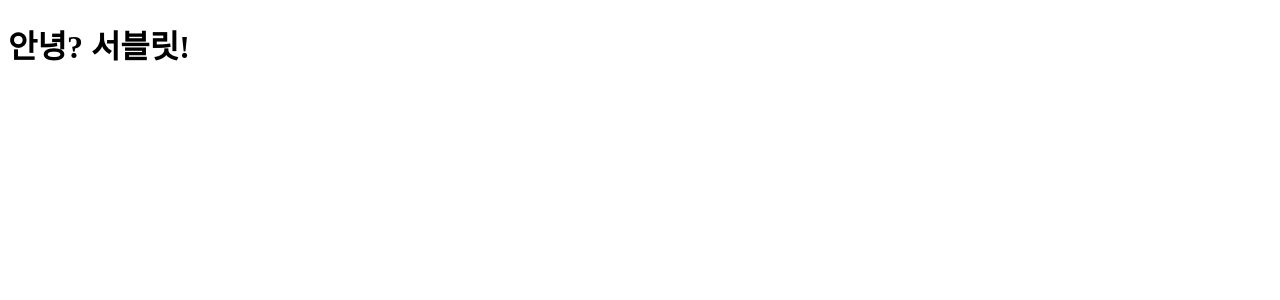
Repository: yoonseo0832/workspace
Page: 05_server/1_servlet/src/main/webapp/index.html
The author's editor kept a copy of each file at every save. The page is drawn from the files as they stood at one save, then again after the next save.
The browser window is 1280 px wide. The pictures show the whole page.

Above is the page before, as saved 2025-03-19 01:25:09.

After the next save:
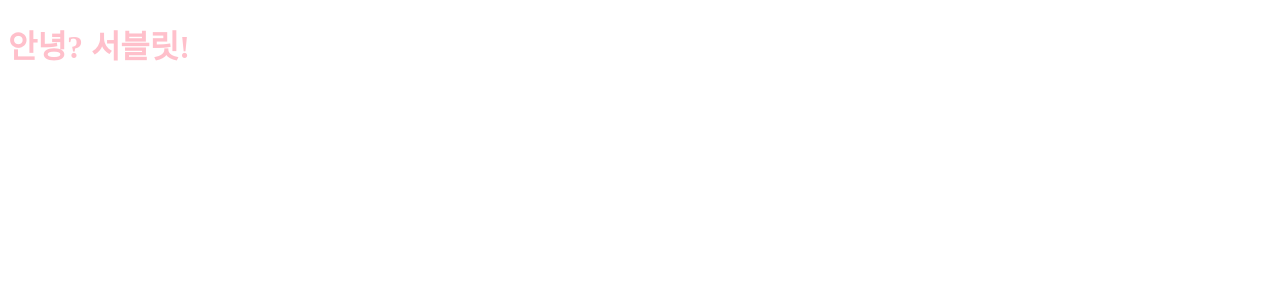
Saved 9 min 27 s later.
--- a/05_server/1_servlet/src/main/webapp/index.html
+++ b/05_server/1_servlet/src/main/webapp/index.html
@@ -3,6 +3,11 @@
 <head>
 <meta charset="UTF-8">
 <title>서블릿 시작!</title>
+<style>
+	h1{
+		color: pink;
+	}
+</style>
 </head>
 <body>
 	<h1>안녕? 서블릿!</h1>
